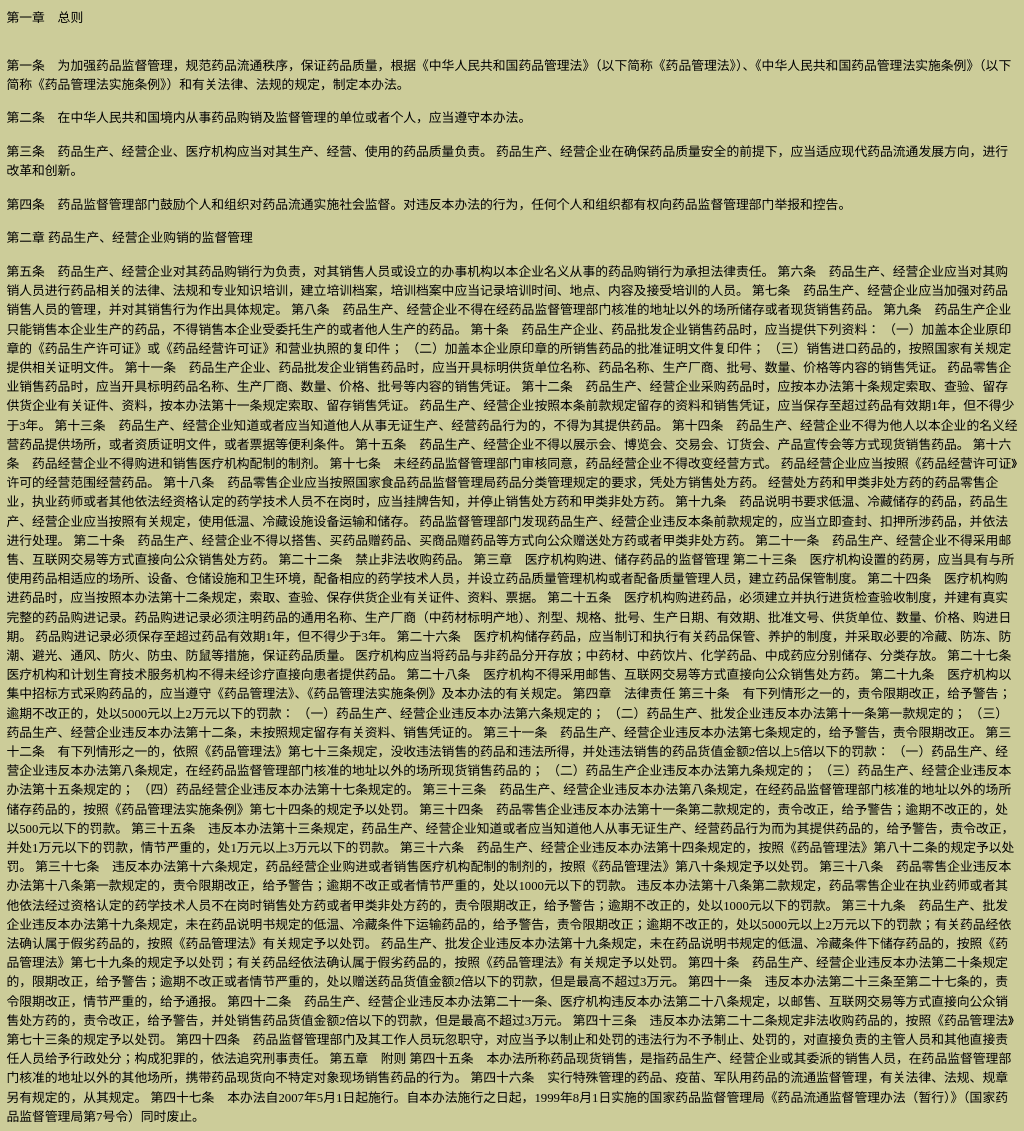
Repository: Shaoxubao/Java
Page: http://localhost/msm/jsp/rule/rules.jsp
An editor plug-in stored every save of this project. The page is shown before and after the next save, followed by the edit.
The browser window is 1280 px wide. The pictures show the whole page, at 80% of full size.
The page is served by Tomcat 9. Nobody is signed in. The application's start-up code is not run. Other server files are loaded and not shown.

Above is the page before, as saved 2015-06-13 17:51:50.

### msm/WebContent/jsp/rule/rules.jsp
<%@ page language="java" contentType="text/html; charset=UTF-8"
    pageEncoding="UTF-8"%>
<!DOCTYPE html>
<html>
<head>
<meta http-equiv="Content-Type" content="text/html; charset=UTF-8">
<title>Insert title here</title>
</head>
<body bgcolor="#CCCC99">
第一章　总则<br><br><br>

第一条　为加强药品监督管理，规范药品流通秩序，保证药品质量，根据《中华人民共和国药品管理法》（以下简称《药品管理法》）、《中华人民共和国药品管理法实施条例》（以下简称《药品管理法实施条例》）和有关法律、法规的规定，制定本办法。<br><br>
第二条　在中华人民共和国境内从事药品购销及监督管理的单位或者个人，应当遵守本办法。<br><br>
第三条　药品生产、经营企业、医疗机构应当对其生产、经营、使用的药品质量负责。
药品生产、经营企业在确保药品质量安全的前提下，应当适应现代药品流通发展方向，进行改革和创新。<br><br>
第四条　药品监督管理部门鼓励个人和组织对药品流通实施社会监督。对违反本办法的行为，任何个人和组织都有权向药品监督管理部门举报和控告。<br><br>
第二章 药品生产、经营企业购销的监督管理<br><br>

第五条　药品生产、经营企业对其药品购销行为负责，对其销售人员或设立的办事机构以本企业名义从事的药品购销行为承担法律责任。
第六条　药品生产、经营企业应当对其购销人员进行药品相关的法律、法规和专业知识培训，建立培训档案，培训档案中应当记录培训时间、地点、内容及接受培训的人员。
第七条　药品生产、经营企业应当加强对药品销售人员的管理，并对其销售行为作出具体规定。
第八条　药品生产、经营企业不得在经药品监督管理部门核准的地址以外的场所储存或者现货销售药品。
第九条　药品生产企业只能销售本企业生产的药品，不得销售本企业受委托生产的或者他人生产的药品。
第十条　药品生产企业、药品批发企业销售药品时，应当提供下列资料：
（一）加盖本企业原印章的《药品生产许可证》或《药品经营许可证》和营业执照的复印件；
（二）加盖本企业原印章的所销售药品的批准证明文件复印件；
（三）销售进口药品的，按照国家有关规定提供相关证明文件。
第十一条　药品生产企业、药品批发企业销售药品时，应当开具标明供货单位名称、药品名称、生产厂商、批号、数量、价格等内容的销售凭证。
药品零售企业销售药品时，应当开具标明药品名称、生产厂商、数量、价格、批号等内容的销售凭证。
第十二条　药品生产、经营企业采购药品时，应按本办法第十条规定索取、查验、留存供货企业有关证件、资料，按本办法第十一条规定索取、留存销售凭证。
药品生产、经营企业按照本条前款规定留存的资料和销售凭证，应当保存至超过药品有效期1年，但不得少于3年。
第十三条　药品生产、经营企业知道或者应当知道他人从事无证生产、经营药品行为的，不得为其提供药品。
第十四条　药品生产、经营企业不得为他人以本企业的名义经营药品提供场所，或者资质证明文件，或者票据等便利条件。
第十五条　药品生产、经营企业不得以展示会、博览会、交易会、订货会、产品宣传会等方式现货销售药品。
第十六条　药品经营企业不得购进和销售医疗机构配制的制剂。
第十七条　未经药品监督管理部门审核同意，药品经营企业不得改变经营方式。
药品经营企业应当按照《药品经营许可证》许可的经营范围经营药品。
第十八条　药品零售企业应当按照国家食品药品监督管理局药品分类管理规定的要求，凭处方销售处方药。
经营处方药和甲类非处方药的药品零售企业，执业药师或者其他依法经资格认定的药学技术人员不在岗时，应当挂牌告知，并停止销售处方药和甲类非处方药。
第十九条　药品说明书要求低温、冷藏储存的药品，药品生产、经营企业应当按照有关规定，使用低温、冷藏设施设备运输和储存。
药品监督管理部门发现药品生产、经营企业违反本条前款规定的，应当立即查封、扣押所涉药品，并依法进行处理。
第二十条　药品生产、经营企业不得以搭售、买药品赠药品、买商品赠药品等方式向公众赠送处方药或者甲类非处方药。
第二十一条　药品生产、经营企业不得采用邮售、互联网交易等方式直接向公众销售处方药。
第二十二条　禁止非法收购药品。
第三章　医疗机构购进、储存药品的监督管理

第二十三条　医疗机构设置的药房，应当具有与所使用药品相适应的场所、设备、仓储设施和卫生环境，配备相应的药学技术人员，并设立药品质量管理机构或者配备质量管理人员，建立药品保管制度。
第二十四条　医疗机构购进药品时，应当按照本办法第十二条规定，索取、查验、保存供货企业有关证件、资料、票据。
第二十五条　医疗机构购进药品，必须建立并执行进货检查验收制度，并建有真实完整的药品购进记录。药品购进记录必须注明药品的通用名称、生产厂商（中药材标明产地）、剂型、规格、批号、生产日期、有效期、批准文号、供货单位、数量、价格、购进日期。
药品购进记录必须保存至超过药品有效期1年，但不得少于3年。
第二十六条　医疗机构储存药品，应当制订和执行有关药品保管、养护的制度，并采取必要的冷藏、防冻、防潮、避光、通风、防火、防虫、防鼠等措施，保证药品质量。
医疗机构应当将药品与非药品分开存放；中药材、中药饮片、化学药品、中成药应分别储存、分类存放。
第二十七条　医疗机构和计划生育技术服务机构不得未经诊疗直接向患者提供药品。
第二十八条　医疗机构不得采用邮售、互联网交易等方式直接向公众销售处方药。
第二十九条　医疗机构以集中招标方式采购药品的，应当遵守《药品管理法》、《药品管理法实施条例》及本办法的有关规定。
第四章　法律责任

第三十条　有下列情形之一的，责令限期改正，给予警告；逾期不改正的，处以5000元以上2万元以下的罚款：
（一）药品生产、经营企业违反本办法第六条规定的；
（二）药品生产、批发企业违反本办法第十一条第一款规定的；
（三）药品生产、经营企业违反本办法第十二条，未按照规定留存有关资料、销售凭证的。
第三十一条　药品生产、经营企业违反本办法第七条规定的，给予警告，责令限期改正。
第三十二条　有下列情形之一的，依照《药品管理法》第七十三条规定，没收违法销售的药品和违法所得，并处违法销售的药品货值金额2倍以上5倍以下的罚款：
（一）药品生产、经营企业违反本办法第八条规定，在经药品监督管理部门核准的地址以外的场所现货销售药品的；
（二）药品生产企业违反本办法第九条规定的；
（三）药品生产、经营企业违反本办法第十五条规定的；
（四）药品经营企业违反本办法第十七条规定的。
第三十三条　药品生产、经营企业违反本办法第八条规定，在经药品监督管理部门核准的地址以外的场所储存药品的，按照《药品管理法实施条例》第七十四条的规定予以处罚。
第三十四条　药品零售企业违反本办法第十一条第二款规定的，责令改正，给予警告；逾期不改正的，处以500元以下的罚款。
第三十五条　违反本办法第十三条规定，药品生产、经营企业知道或者应当知道他人从事无证生产、经营药品行为而为其提供药品的，给予警告，责令改正，并处1万元以下的罚款，情节严重的，处1万元以上3万元以下的罚款。
第三十六条　药品生产、经营企业违反本办法第十四条规定的，按照《药品管理法》第八十二条的规定予以处罚。
第三十七条　违反本办法第十六条规定，药品经营企业购进或者销售医疗机构配制的制剂的，按照《药品管理法》第八十条规定予以处罚。
第三十八条　药品零售企业违反本办法第十八条第一款规定的，责令限期改正，给予警告；逾期不改正或者情节严重的，处以1000元以下的罚款。
违反本办法第十八条第二款规定，药品零售企业在执业药师或者其他依法经过资格认定的药学技术人员不在岗时销售处方药或者甲类非处方药的，责令限期改正，给予警告；逾期不改正的，处以1000元以下的罚款。
第三十九条　药品生产、批发企业违反本办法第十九条规定，未在药品说明书规定的低温、冷藏条件下运输药品的，给予警告，责令限期改正；逾期不改正的，处以5000元以上2万元以下的罚款；有关药品经依法确认属于假劣药品的，按照《药品管理法》有关规定予以处罚。
药品生产、批发企业违反本办法第十九条规定，未在药品说明书规定的低温、冷藏条件下储存药品的，按照《药品管理法》第七十九条的规定予以处罚；有关药品经依法确认属于假劣药品的，按照《药品管理法》有关规定予以处罚。
第四十条　药品生产、经营企业违反本办法第二十条规定的，限期改正，给予警告；逾期不改正或者情节严重的，处以赠送药品货值金额2倍以下的罚款，但是最高不超过3万元。
第四十一条　违反本办法第二十三条至第二十七条的，责令限期改正，情节严重的，给予通报。
第四十二条　药品生产、经营企业违反本办法第二十一条、医疗机构违反本办法第二十八条规定，以邮售、互联网交易等方式直接向公众销售处方药的，责令改正，给予警告，并处销售药品货值金额2倍以下的罚款，但是最高不超过3万元。
第四十三条　违反本办法第二十二条规定非法收购药品的，按照《药品管理法》第七十三条的规定予以处罚。
第四十四条　药品监督管理部门及其工作人员玩忽职守，对应当予以制止和处罚的违法行为不予制止、处罚的，对直接负责的主管人员和其他直接责任人员给予行政处分；构成犯罪的，依法追究刑事责任。
第五章　附则

第四十五条　本办法所称药品现货销售，是指药品生产、经营企业或其委派的销售人员，在药品监督管理部门核准的地址以外的其他场所，携带药品现货向不特定对象现场销售药品的行为。
第四十六条　实行特殊管理的药品、疫苗、军队用药品的流通监督管理，有关法律、法规、规章另有规定的，从其规定。
第四十七条　本办法自2007年5月1日起施行。自本办法施行之日起，1999年8月1日实施的国家药品监督管理局《药品流通监督管理办法（暂行）》（国家药品监督管理局第7号令）同时废止。
</body>
</html>

After the next save:
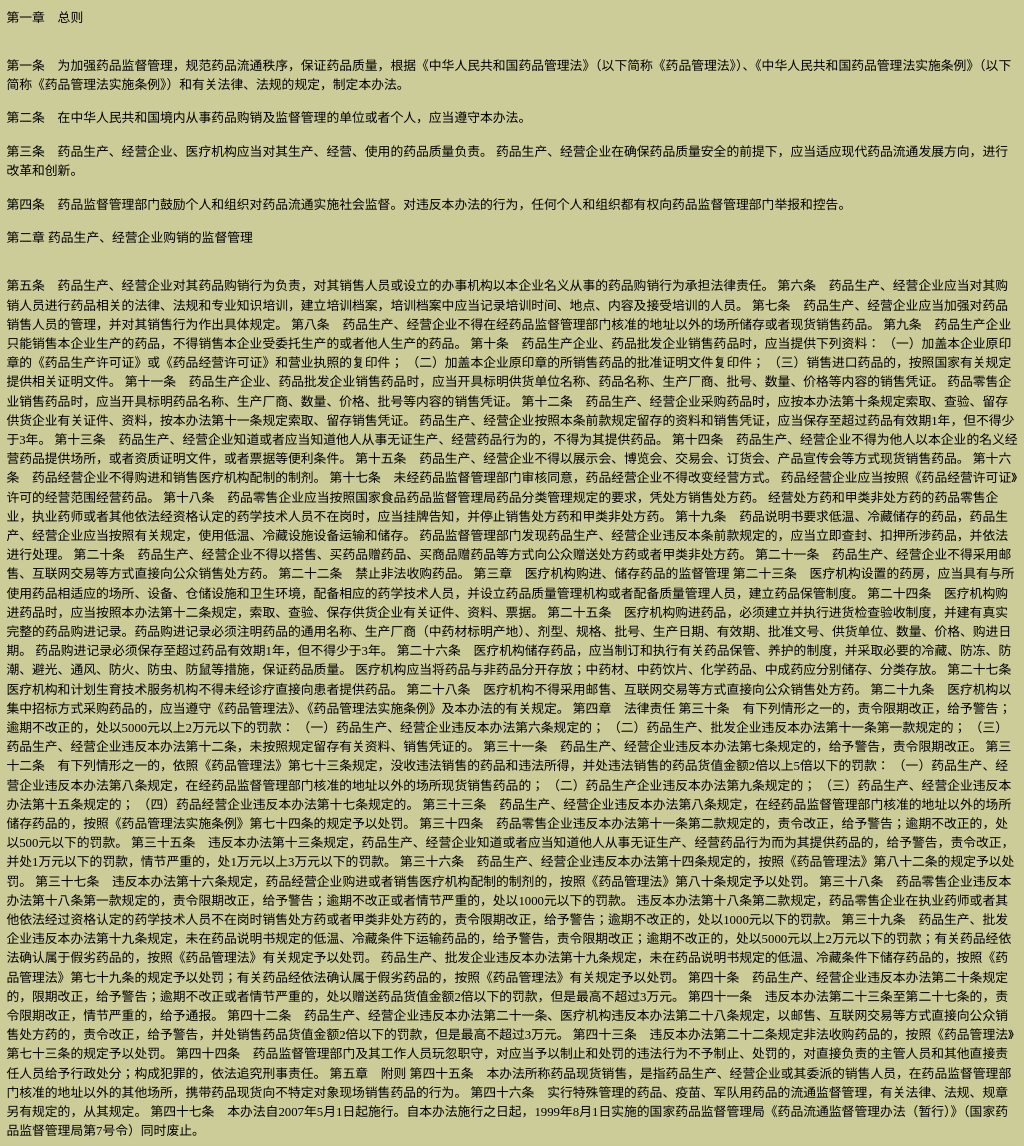
Saved 48 s later.
--- a/msm/WebContent/jsp/rule/rules.jsp
+++ b/msm/WebContent/jsp/rule/rules.jsp
@@ -14,7 +14,7 @@
 第三条　药品生产、经营企业、医疗机构应当对其生产、经营、使用的药品质量负责。
 药品生产、经营企业在确保药品质量安全的前提下，应当适应现代药品流通发展方向，进行改革和创新。<br><br>
 第四条　药品监督管理部门鼓励个人和组织对药品流通实施社会监督。对违反本办法的行为，任何个人和组织都有权向药品监督管理部门举报和控告。<br><br>
-第二章 药品生产、经营企业购销的监督管理<br><br>
+第二章 药品生产、经营企业购销的监督管理<br><br><br>
 
 第五条　药品生产、经营企业对其药品购销行为负责，对其销售人员或设立的办事机构以本企业名义从事的药品购销行为承担法律责任。
 第六条　药品生产、经营企业应当对其购销人员进行药品相关的法律、法规和专业知识培训，建立培训档案，培训档案中应当记录培训时间、地点、内容及接受培训的人员。
